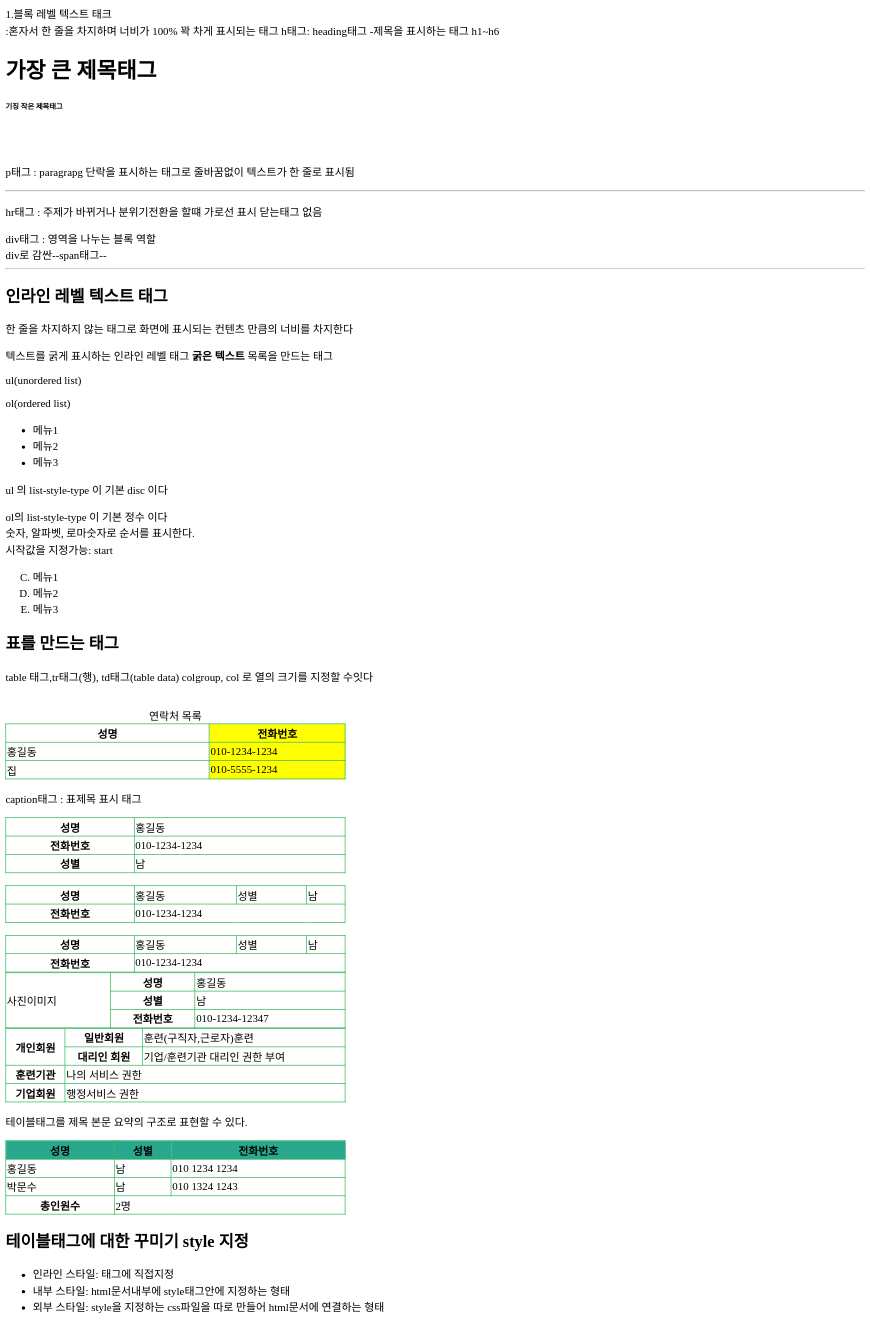
Repository: hana825/Web
Page: web/WebContent/index.html
The author's editor kept a copy of each file at every save. The page is drawn from the files as they stood at one save, then again after the next save.
The browser window is 1280 px wide. The pictures show the whole page, at 68% of full size.

Above is the page before, as saved 2022-03-17 08:09:03.

After the next save:
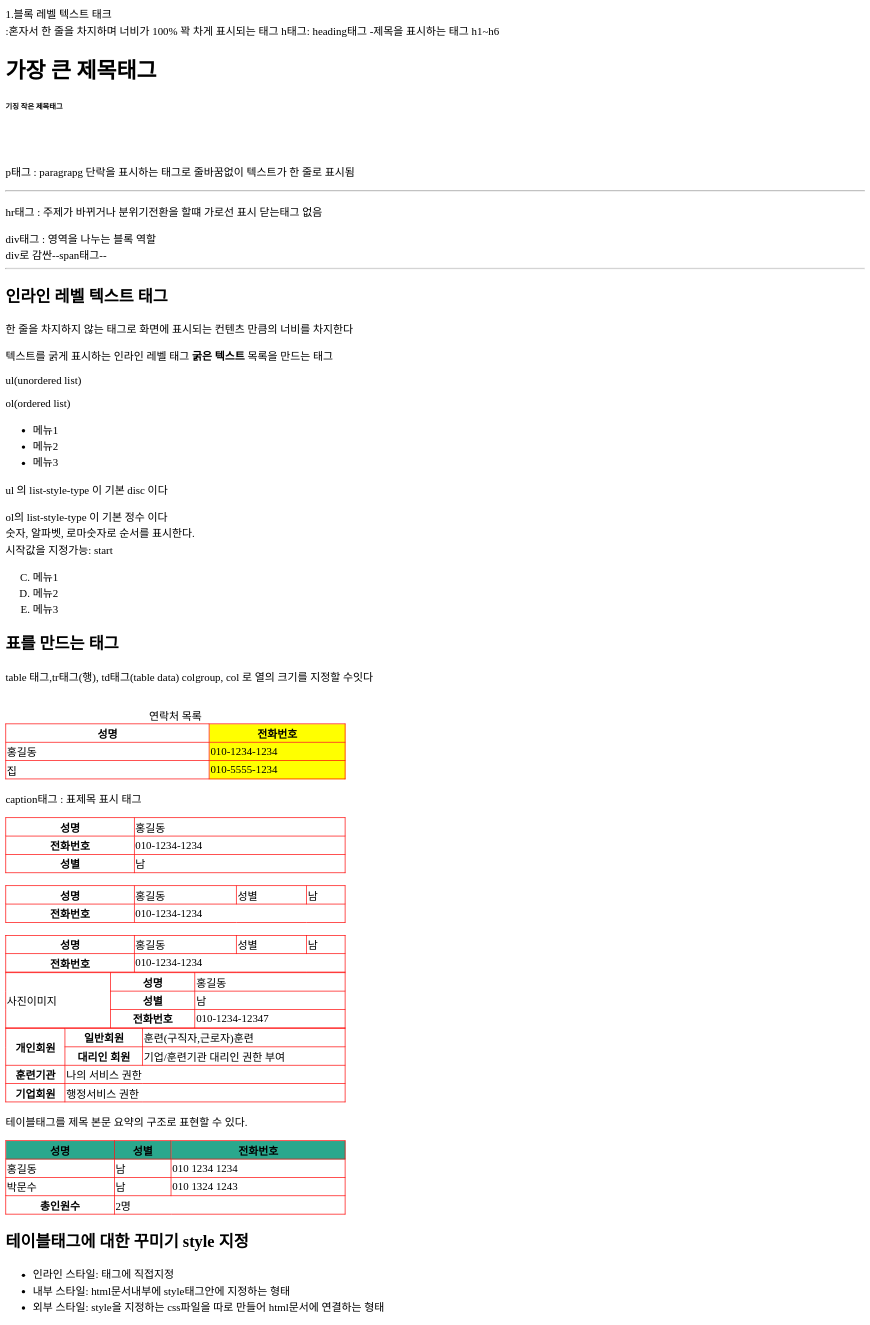
Saved 11 s later.
--- a/web/WebContent/index.html
+++ b/web/WebContent/index.html
@@ -11,7 +11,7 @@
 }
 thead {background-color : #2aa88d;
 }
-th, td {border: 1px solid #29b352;
+th, td {border: 1px solid red;
 }
 </style>
 </head>

After the save that followed:
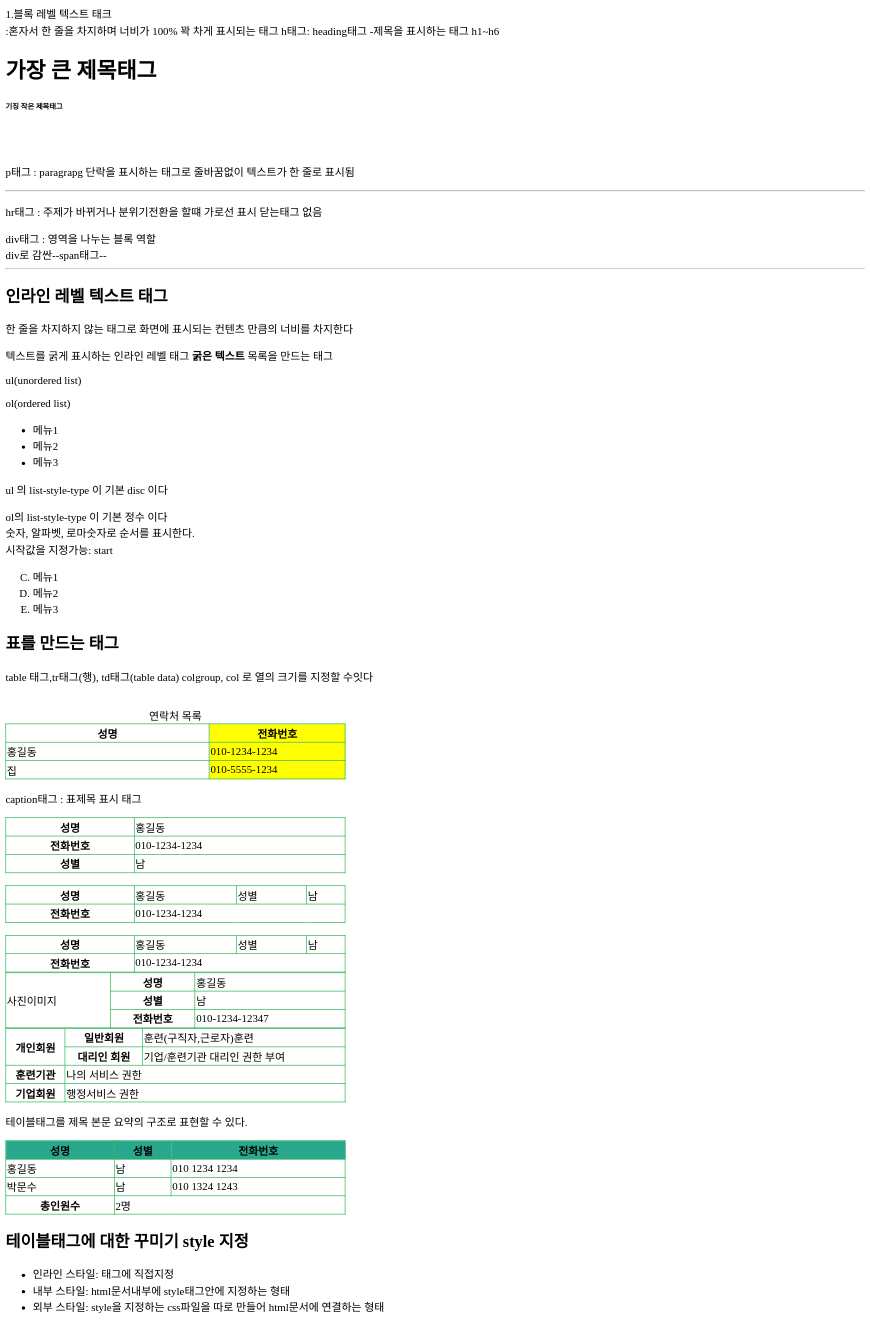
Saved 10 s later.
--- a/web/WebContent/index.html
+++ b/web/WebContent/index.html
@@ -11,7 +11,7 @@
 }
 thead {background-color : #2aa88d;
 }
-th, td {border: 1px solid red;
+th, td {border: 1px solid #29b352;
 }
 </style>
 </head>
